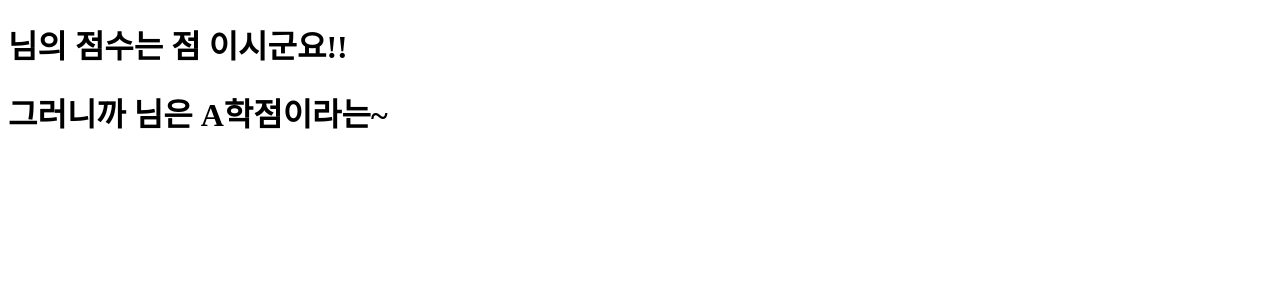
Repository: codingidot/test111
Page: http://localhost/JSP3/jspview/A.jsp
The author's editor kept a copy of each file at every save. The page is drawn from the files as they stood at one save, then again after the next save.
The browser window is 1280 px wide. The pictures show the whole page.
The page is served by Tomcat 9.

Above is the page before, as saved 2022-05-27 06:39:38.

After the next save:
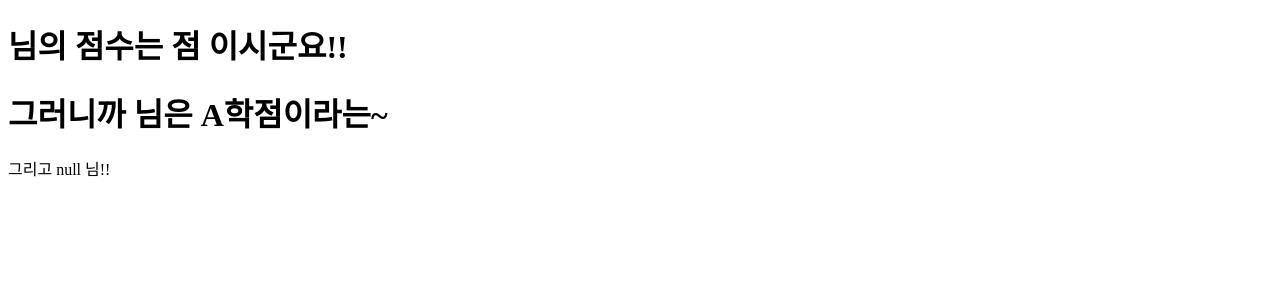
Saved 2 min 19 s later.
--- a/JSP3/src/main/webapp/jspview/A.jsp
+++ b/JSP3/src/main/webapp/jspview/A.jsp
@@ -13,5 +13,11 @@
  -->
 <h1>${param.irum }님의 점수는 ${param.jum }점 이시군요!!</h1>
 <h1> 그러니까 ${param.irum }님은 A학점이라는~</h1>
+
+<!-- request 가 잘 전달된 것을 알아보자는 -->
+그리고 <%=request.getParameter("irum") %> 님!!
+<!-- 이것은 input에서 받아오는데 output이 넘겨받는데 여기는 어디, -->
+
+
 </body>
 </html>
